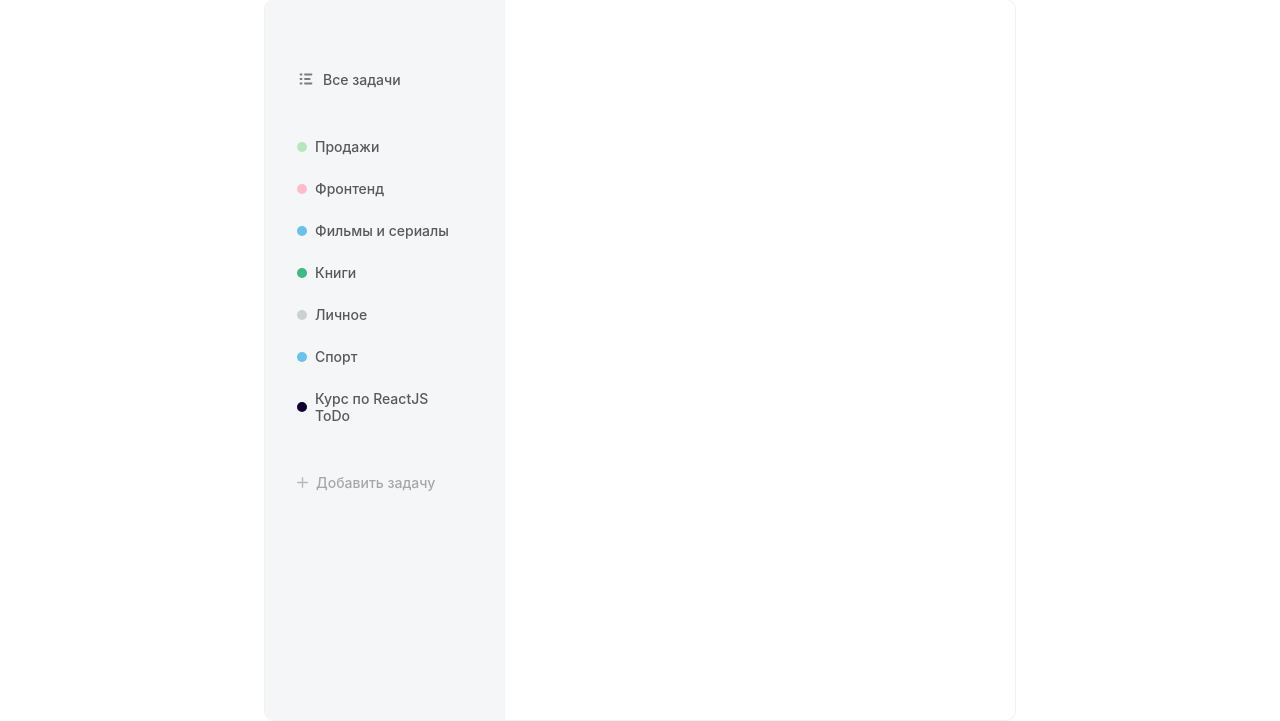
Repository: AzimAzimov/Todo
Page: /
The author's editor kept a copy of each file at every save. The page is drawn from the files as they stood at one save, then again after a run of saves.
The browser window is 1280 px wide. The pictures show the whole page.
The project was rebuilt for these pictures with package versions that can differ from the ones it lists, and the page was loaded fresh each time. Also part of the build but not shown: src/components/addButtonList/AddListButton.scss.

Above is the page before, as saved 2023-03-01 16:49:36.

### src/index.js
import React from 'react';
import ReactDOM from 'react-dom/client';
import './scss/index.scss';
import App from './App';

const root = ReactDOM.createRoot(document.getElementById('root'));
root.render(
  <React.StrictMode>
    <App />
  </React.StrictMode>
);

### src/scss/index.scss
@import "_normalize.scss";

body {
  margin: 0;
  font-family: -apple-system, BlinkMacSystemFont, 'Segoe UI', 'Montserrat', 'Oxygen',
    'Ubuntu', 'Cantarell', 'Fira Sans', 'Droid Sans', 'Helvetica Neue',
    sans-serif;
  -webkit-font-smoothing: antialiased;
  -moz-osx-font-smoothing: grayscale;
}

.todo {
  display: flex;
  position: absolute;
  left: 50%;
  top: 50%;
  width: 750px;
  height: 100vh;
  transform: translate(-50%, -50%);
  border: 1px solid #f1f1f1;
  border-radius: 10px;
  overflow: hidden;
  font-size: 14px;
  &__sidebar {
    background: #F4F6F8;
    width: 200px;
    height: calc(100% - 120px);
    padding: 60px 20px;
  }

  &__tasks {
    flex: 1;
    padding: 60px;
  }
}

### src/App.js
import React, { useState } from 'react';
import AddButtonList from './components/addButtonList/AddButtonList';

import List from './components/sidebar/List';
import DB from './assets/db.json'
import './scss/index.scss';


function App() {

  const [ value, setValue ] = useState('')
  const [ lists, setLists ] = useState(
    DB.lists.map(item => {
      item.color = DB.colors.filter(color => color.id === item.colorId)[0].name;
      return item;
    })
  )

  const onAddList = (obj) => {
    const newList = [...lists, obj]
    setLists(newList)
    console.log("Добавлен список", newList, lists);
  }

  return (
    <div className="todo">
      <div className="todo__sidebar">
        <List items={[
          {
            icon: (
              <svg width="18" height="18" viewBox="0 0 18 18" fill="none" xmlns="http://www.w3.org/2000/svg">
                <path d="M12.96 8.10001H7.74001C7.24321 8.10001 7.20001 8.50231 7.20001 9.00001C7.20001 9.49771 7.24321 9.90001 7.74001 9.90001H12.96C13.4568 9.90001 13.5 9.49771 13.5 9.00001C13.5 8.50231 13.4568 8.10001 12.96 8.10001V8.10001ZM14.76 12.6H7.74001C7.24321 12.6 7.20001 13.0023 7.20001 13.5C7.20001 13.9977 7.24321 14.4 7.74001 14.4H14.76C15.2568 14.4 15.3 13.9977 15.3 13.5C15.3 13.0023 15.2568 12.6 14.76 12.6ZM7.74001 5.40001H14.76C15.2568 5.40001 15.3 4.99771 15.3 4.50001C15.3 4.00231 15.2568 3.60001 14.76 3.60001H7.74001C7.24321 3.60001 7.20001 4.00231 7.20001 4.50001C7.20001 4.99771 7.24321 5.40001 7.74001 5.40001ZM4.86001 8.10001H3.24001C2.74321 8.10001 2.70001 8.50231 2.70001 9.00001C2.70001 9.49771 2.74321 9.90001 3.24001 9.90001H4.86001C5.35681 9.90001 5.40001 9.49771 5.40001 9.00001C5.40001 8.50231 5.35681 8.10001 4.86001 8.10001ZM4.86001 12.6H3.24001C2.74321 12.6 2.70001 13.0023 2.70001 13.5C2.70001 13.9977 2.74321 14.4 3.24001 14.4H4.86001C5.35681 14.4 5.40001 13.9977 5.40001 13.5C5.40001 13.0023 5.35681 12.6 4.86001 12.6ZM4.86001 3.60001H3.24001C2.74321 3.60001 2.70001 4.00231 2.70001 4.50001C2.70001 4.99771 2.74321 5.40001 3.24001 5.40001H4.86001C5.35681 5.40001 5.40001 4.99771 5.40001 4.50001C5.40001 4.00231 5.35681 3.60001 4.86001 3.60001Z" fill="black"/>
              </svg>
            ),
            name: 'Все задачи',
          }
        ]} />
        <List
          items={lists}
          isRemovable={true}
          onRemove={(eee)=> {console.log(eee)}}
        />
        <AddButtonList onAdd={onAddList} colors={DB.colors} />
      </div>
      <div className='todo__tasks'>

      </div>
    </div>
  );
}

export default App;

### src/scss/_normalize.scss
* {
  padding: 0;
  margin: 0;
  list-style: none;
  outline: none;
}

html {
  -ms-text-size-adjust: 100%;
  -webkit-text-size-adjust: 100%;
}

body {
  -moz-osx-font-smoothing: grayscale;
  -webkit-font-smoothing: antialiased;

}

a,
span,
p,
b,
h1,
h2,
h3,
h4,
h5 {
  margin: 0;
  padding: 0;
  text-decoration: none
}

h1 {
  font-size: 48px;
}

h2 {
  font-weight: 600;
  font-size: 28px;
  line-height: 30px;
}

a {
  text-decoration: none;
}

### src/components/addButtonList/AddButtonList.jsx
import React, { useState } from 'react'

import Badge from '../badge/Badge';
import List from '../sidebar/List'
import closePopup from "../../assets/img/close.svg"
import "./AddListButton.scss"


const AddButtonList = ({ colors, onAdd }) => {
  const [visiblePopup, setVisiblePopup] = useState(false);
  const [selectedColor, selectColor] = useState(colors[0].id);
  const [inputValue, setInputValue] = useState('')

  const onClose = () => {
    setVisiblePopup(false)
    setInputValue('')
    selectColor(colors[0].id)
  }

  const addList = () => {
    if (!inputValue) {
      alert('Введи название списка епт...')
      return;
    }
    const color = colors.filter(c => c.id === selectedColor)[0].name;
    onAdd({ id: Math.random(), name: inputValue, color: color });
    onClose()
  }

  return (
    <div className="add__list">
      <List
        onClick={()=> setVisiblePopup(true)}
        items={[
          {
            className: 'todo__list__button',
            icon: (
              <svg width="11" height="11" viewBox="0 0 16 16" fill="none" xmlns="http://www.w3.org/2000/svg">
                <path d="M8 1V15" stroke="black" strokeWidth="2" strokeLinecap="round" strokeLinejoin="round"/>
                <path d="M1 8H15" stroke="black" strokeWidth="2" strokeLinecap="round" strokeLinejoin="round"/>
              </svg>
            ),
            name: 'Добавить задачу'
          }
        ]}
      />
      {visiblePopup &&
        <div className="add__list__popup">
          <img onClick={onClose} src={closePopup} alt="close" className="add__list__popup__close" />

          <input
            value={inputValue}
            onChange={e => setInputValue(e.target.value)}
            className='field'
            type='text'
            placeholder='Название списка'
          />

          <div className="add__list__popup__colors">
            {colors.map(color => (
              <Badge
                onClick={()=> selectColor(color.id)}
                key={color.id}
                color={color.name}
                className={selectedColor === color.id && 'active'}
              />
            ))}
          </div>
          <button
            className='button'
            onClick={addList}
          >
            Добавить
          </button>
        </div>
      }
    </div>
  )
}

export default AddButtonList

### src/components/sidebar/List.jsx
import React from 'react'
import classNames from 'classnames';

import './List.scss';
import Badge from '../badge/Badge';
import removeIcon from '../../assets/img/remove.svg'


const List = ({ items, isRemovable, onClick, onRemove }) => {

  const removeList = (item) => {
    if (window.confirm('Удалить список, ёпт?')) {
      onRemove(item)
    }
  }

  return (
    <ul onClick={onClick} className='todo__list'>
      {items.map((item, index) => (
        <li key={index} className={classNames(item.className, { active: item.active })}>
          <i>{item.icon ? item.icon : <Badge color={item.color} />}</i>
          <span>{item.name}</span>
          {isRemovable &&
            <img
              onClick={()=> removeList(item)}
              className='todo__list__remove__icon'
              src={removeIcon} alt="remove"
            />
          }
        </li>
      ))}
    </ul>
  )
}

export default List

### src/assets/db.json
{
  "lists": [
    {
      "id": 1,
      "name": "Продажи",
      "colorId": 5
    },
    {
      "id": 2,
      "name": "Фронтенд",
      "colorId": 4
    },
    {
      "id": 3,
      "name": "Фильмы и сериалы",
      "colorId": 3
    },
    {
      "id": 4,
      "name": "Книги",
      "colorId": 2
    },
    {
      "id": 5,
      "name": "Личное",
      "colorId": 1
    },
    {
      "name": "Спорт",
      "colorId": 3,
      "id": 6
    },
    {
      "name": "Курс по ReactJS ToDo",
      "colorId": 7,
      "id": 7
    }
  ],
  "tasks": [
    {
      "id": 1,
      "listId": 2,
      "text": "Изучить JavaScript",
      "completed": true
    },
    {
      "id": 2,
      "listId": 2,
      "text": "Изучить паттерны проектирования",
      "completed": false
    },
    {
      "id": 3,
      "listId": 2,
      "text": "ReactJS Hooks (useState, useReducer, useEffect и т.д.)",
      "completed": true
    },
    {
      "id": 4,
      "listId": 2,
      "text": "Redux (redux-observable, redux-saga)",
      "completed": false
    },
    {
      "listId": 2,
      "text": "123",
      "completed": true,
      "id": 5
    },
    {
      "listId": 1,
      "text": "test",
      "completed": false,
      "id": 6
    },
    {
      "listId": 1,
      "text": "qweqwe",
      "completed": false,
      "id": 7
    },
    {
      "listId": 1,
      "text": "qweqwe",
      "completed": true,
      "id": 8
    },
    {
      "listId": 1,
      "text": "123",
      "completed": false,
      "id": 9
    },
    {
      "listId": 4,
      "text": "Купить 1984!",
      "completed": true,
      "id": 10
    },
    {
      "listId": 2,
      "text": "222",
      "completed": true,
      "id": 12
    },
    {
      "listId": 7,
      "text": "Сделали сайдбар",
      "completed": true,
      "id": 15
    },
    {
      "listId": 7,
      "text": "Сделали список задач",
      "completed": true,
      "id": 16
    },
    {
      "listId": 7,
      "text": "Сделали удаление и редактирование задач и списков",
      "completed": true,
      "id": 17
    },
    {
      "listId": 8,
      "text": "tttt",
      "completed": false,
      "id": 18
    }
  ],
  "colors": [
    {
      "id": 1,
      "hex": "#C9D1D3",
      "name": "grey"
    },
    {
      "id": 2,
      "hex": "#42B883",
      "name": "green"
    },
    {
      "id": 3,
      "hex": "#64C4ED",
      "name": "blue"
    },
    {
      "id": 4,
      "hex": "#FFBBCC",
      "name": "pink"
    },
    {
      "id": 5,
      "hex": "#B6E6BD",
      "name": "lime"
    },
    {
      "id": 6,
      "hex": "#C355F5",
      "name": "purple"
    },
    {
      "id": 7,
      "hex": "#110133",
      "name": "black"
    },
    {
      "id": 8,
      "hex": "#FF6464",
      "name": "red"
    }
  ]
}

### src/components/badge/Badge.jsx
import React from 'react'
import "./Barge.scss"


const Badge = ({ color, onClick, className }) => {
  return (
    <i onClick={onClick} className={`badge badge__${color} ${className}`}></i>
  )
}

export default Badge

### src/components/sidebar/List.scss

.todo__list {
  margin-bottom: 30px;
  &__button {
    opacity: 0.5;
    &:hover {
      opacity: 1;
    }
    svg {
      transition: all 0.3s ease;
      path {
        stroke: #7C7C7C;
      }
    }
    span {
      color: #7c7c7c;
      transition: all 0.3s ease;
    }
  }

  li {
    display: flex;
    align-items: center;
    gap: 8px;
    padding: 10px 12px;
    margin-bottom: 5px;
    cursor: pointer;
    position: relative;
    &:hover {
      background: rgba(190, 190, 190, 0.08);
      img {
        opacity: 0.3;
      }
    }

    .todo__list__remove__icon {
      opacity: 0;
      width: 10px;
      height: 10px;
      &:hover {
        opacity: 0.6;
      }
    }

    &.active {
      background: #FFFFFF;
      box-shadow: 0px 2px 10px rgba(0, 0, 0, 0.04);
      border-radius: 4px;
    }

    i {
      display: inline-flex;
      svg {
        path {
          fill: #7C7C7C;
        }
      }
    }

    span {
      font-weight: 500;
      color: #595959;
      flex: 1;
    }
  }
}

### src/components/badge/Barge.scss
  .badge {
    display: inline-block;
    width: 10px;
    height: 10px;
    border-radius: 50%;

    &__green {
      background-color: #42B883;
    }

    &__blue {
      background-color: #64C4ED;
    }

    &__pink {
      background-color: #FFBBCC;
    }

    &__red {
      background-color: #FF6464;
    }

    &__black {
      background-color: #110133;
    }

    &__purple {
      background-color: #C355F5;
    }

    &__lime {
      background-color: #B6E6BD;
    }

    &__grey {
      background-color: #C9D1D3;
    }

    &__purple {
      background-color: #C355F5;
    }
  }

### src/components/tasks/Tasks.jsx
import React from 'react'

import "./Tasks.scss"

const Tasks = () => {
  return (
    <div className='task'>
      <h2>Фронтенд</h2>
    </div>
  )
}

export default Tasks

### src/components/tasks/Tasks.scss
.task {
  h2 {
    font-weight: 700;
    font-size: 32px;
    line-height: 39px;
    color: #64C4ED;
    padding-bottom: 20px;
    border-bottom: 1px solid #dcdcdc;
  }
}

Loaded but not shown: public/index.html (common file)

After the next 3 saves:
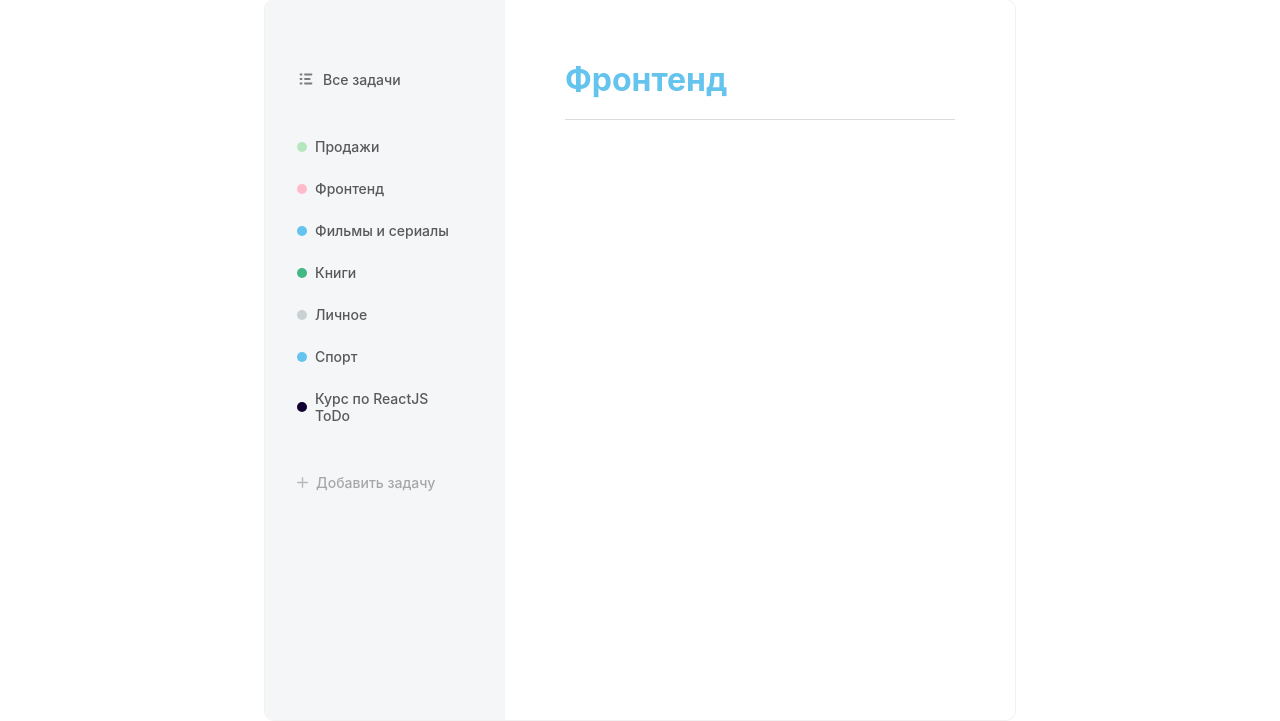
The 3 saves are shown as one change because 1 did not build or start and some came seconds apart.
The last was saved 29 s later.
--- a/src/App.js
+++ b/src/App.js
@@ -4,6 +4,7 @@ import AddButtonList from './components/addButtonList/AddButtonList';
 import List from './components/sidebar/List';
 import DB from './assets/db.json'
 import './scss/index.scss';
+import Tasks from './components/tasks/Tasks';
 
 
 function App() {
@@ -43,7 +44,7 @@ function App() {
         <AddButtonList onAdd={onAddList} colors={DB.colors} />
       </div>
       <div className='todo__tasks'>
-
+        <Tasks />
       </div>
     </div>
   );
